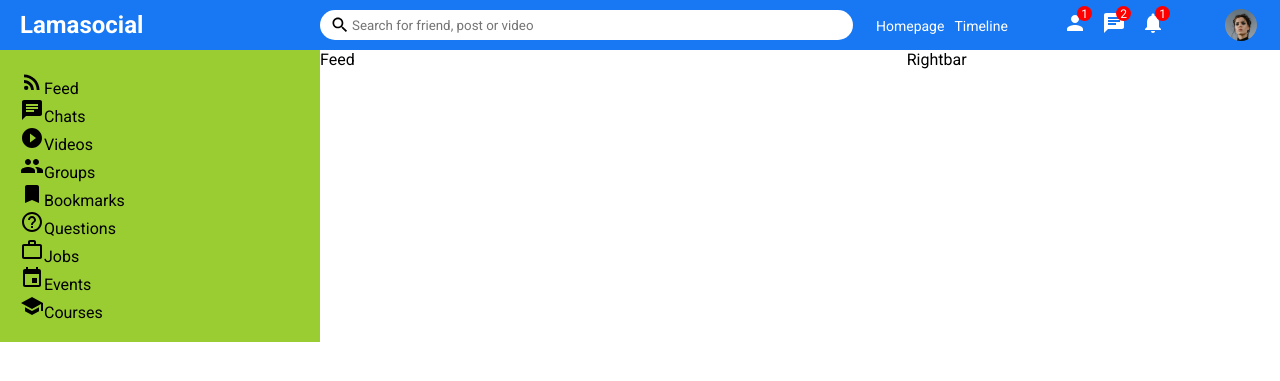
Repository: nazlinres01/react-social
Page: / (app in client/)
The author's editor kept a copy of each file at every save. The page is drawn from the files as they stood at one save, then again after the next save.
The browser window is 1280 px wide. The pictures show the whole page.
The project was rebuilt for these pictures with package versions that can differ from the ones it lists, and the page was loaded fresh each time.

Above is the page before, as saved 2024-06-11 16:31:13.

After the next save:
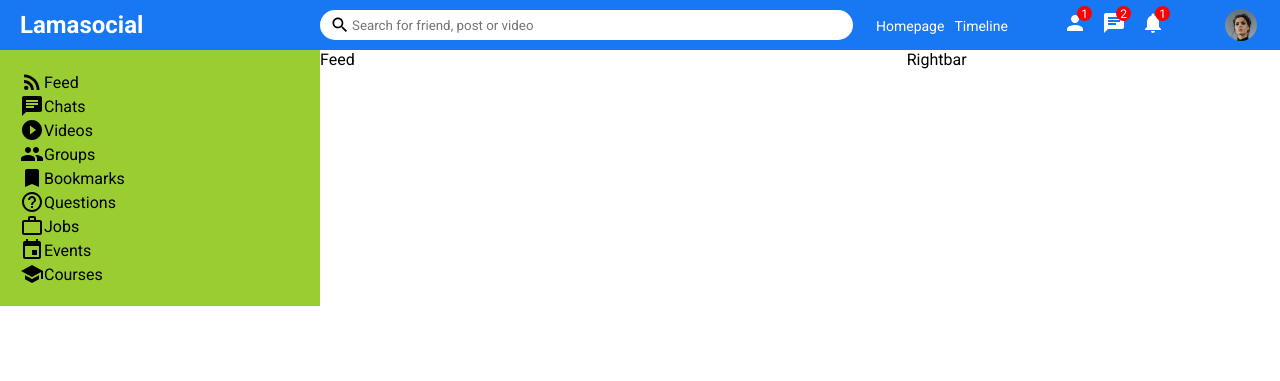
Saved 56 s later.
--- a/client/src/components/sidebar/sidebar.css
+++ b/client/src/components/sidebar/sidebar.css
@@ -13,3 +13,8 @@
     margin: 0;
     list-style: none;
 }
+
+.sidebarListItem {
+    display: flex;
+    align-items: center;
+}
